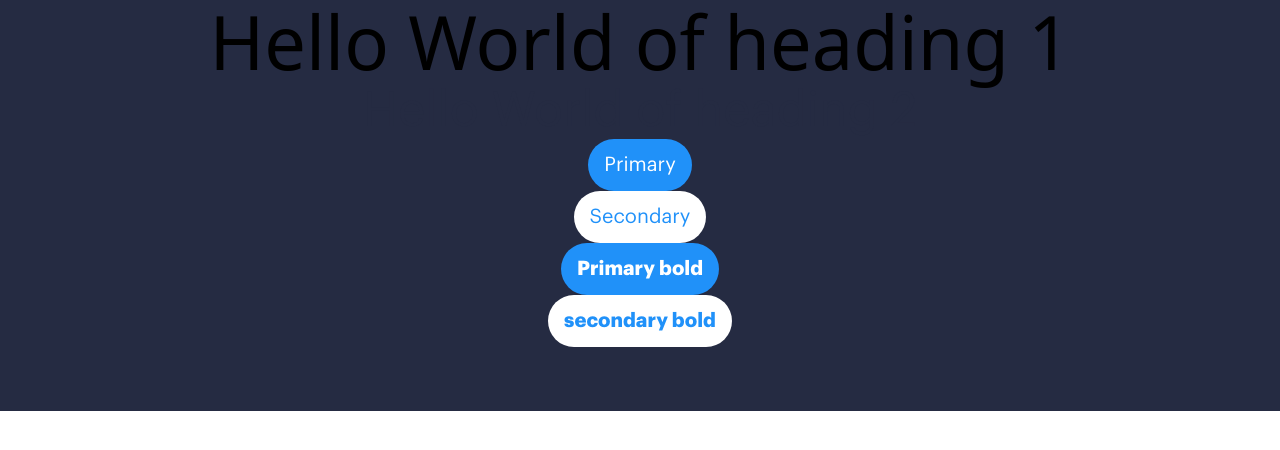
Repository: SK3010z/figmaland-tailwind
Page: /
These files come from the project's save history. The page is drawn as it stood at one moment and after the next save; the edit follows.
The browser window is 1280 px wide. The pictures show the whole page.
The project was rebuilt for these pictures with package versions that can differ from the ones it lists, and the page was loaded fresh each time. Also part of the build but not shown: vite.config.js, src/mediaQueries.jsx.

Above is the page before, as saved 2024-08-16 15:59:04.

After the next save:
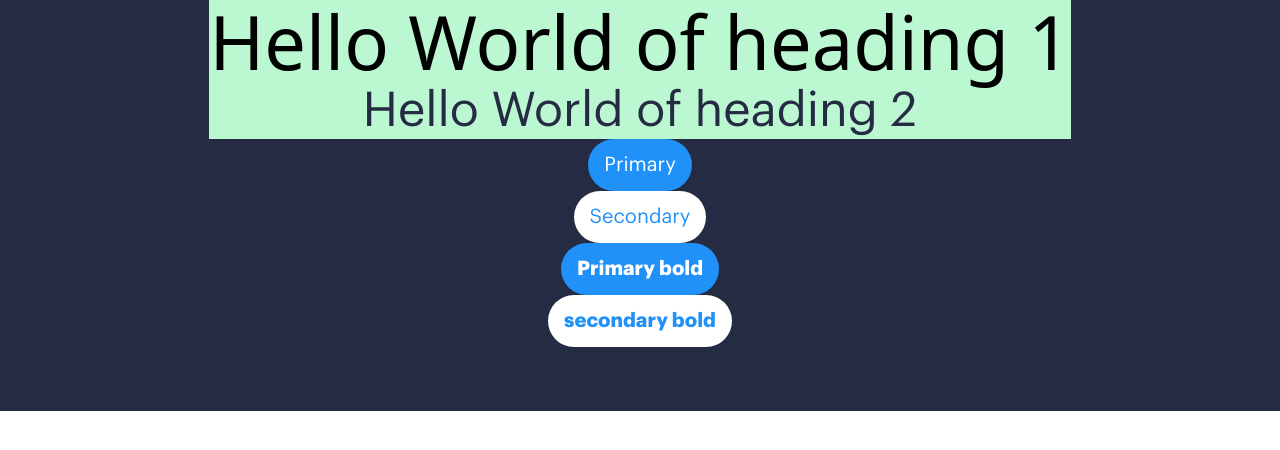
Saved 3 min 28 s later.
--- a/src/App.jsx
+++ b/src/App.jsx
@@ -3,8 +3,10 @@
 function App() {
   return (
     <div className="bg-darkBackground justify-center pb-16 text-center justify-items-center">
-      <Heading>Hello World of heading 1</Heading>
-      <Heading type='h2'>Hello World of heading 2</Heading>
+      <div className="bg-green-200">
+        <Heading>Hello World of heading 1</Heading>
+        <Heading type='h2'>Hello World of heading 2</Heading>
+      </div>
 
       <Button>Primary</Button>
       <Button variant="secondary">Secondary</Button>
